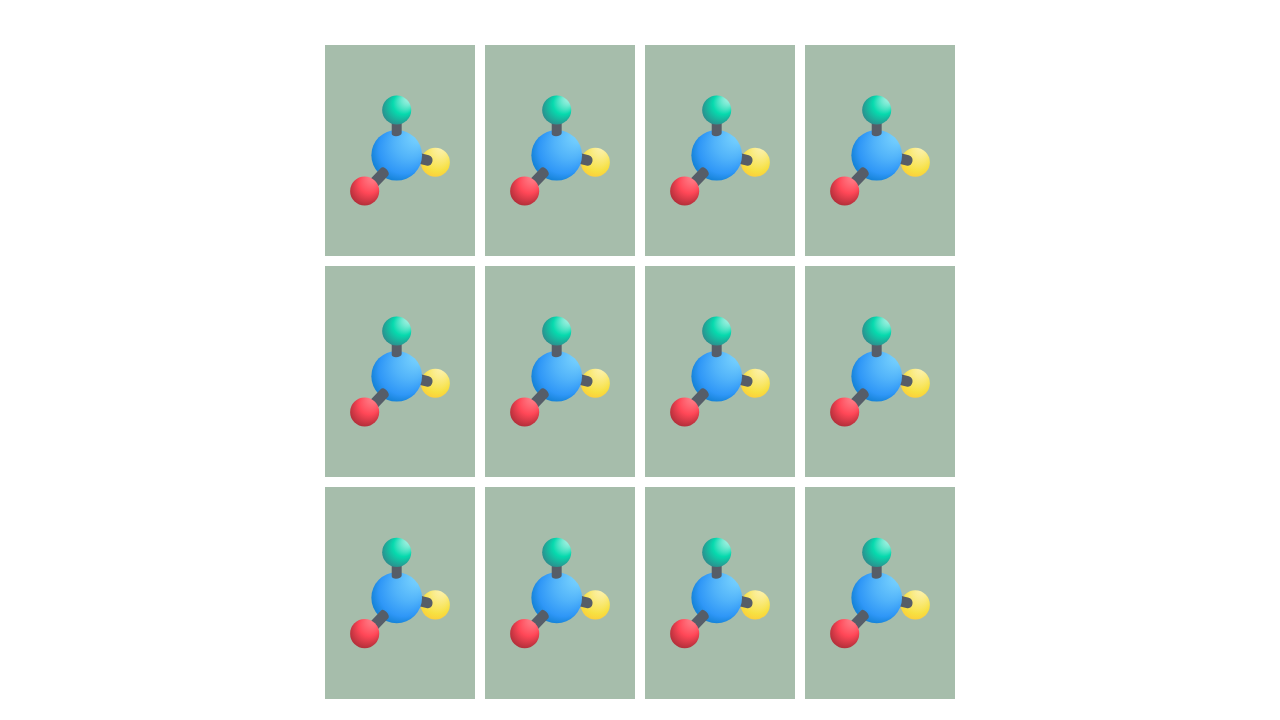
Repository: LeviUmr/JogoDaMemoria
Page: index.html
The author's editor kept a copy of each file at every save. The page is drawn from the files as they stood at one save, then again after a run of saves.
The browser window is 1280 px wide. The pictures show the whole page.
Pictures or frames that could not be fetched are drawn as grey boxes.

Above is the page before, as saved 2020-09-16 20:00:26.

After the next 2 saves:
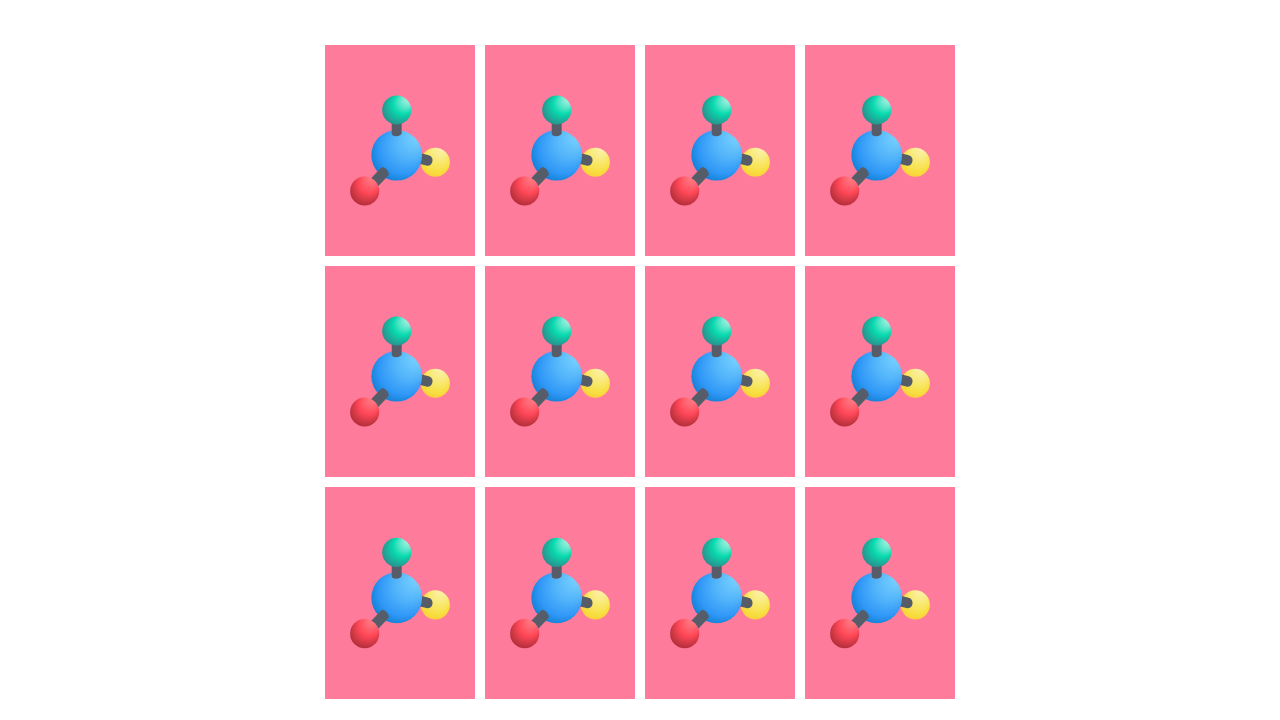
The 2 saves are shown as one change because they came seconds apart.
The last was saved 7 s later.
--- a/style.css
+++ b/style.css
@@ -25,7 +25,7 @@ body{
 
 .front,
 .back{
-    background: #a6bdab;
+    background: #ff7b9c;
     width: 100%;
     height: 100%;
     padding: 20px;
